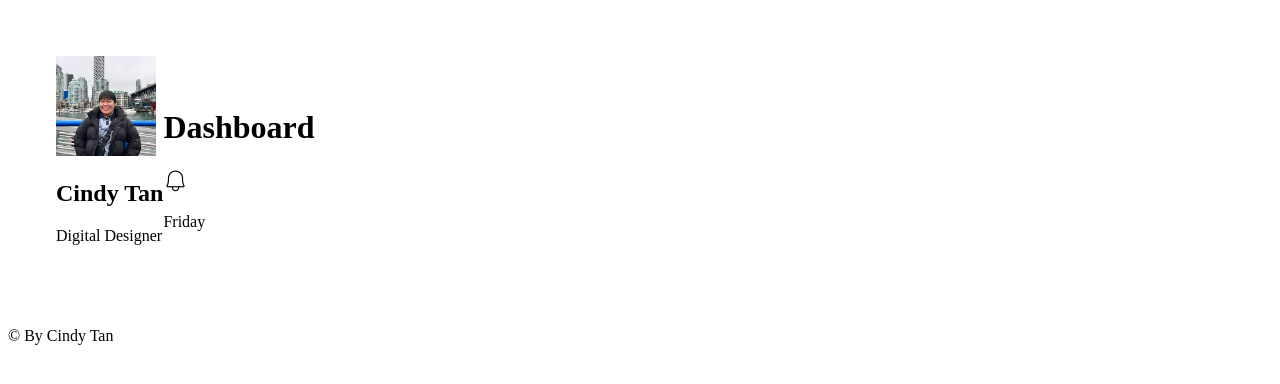
Repository: Cindy-tan/Assessment-_1
Page: /
The author's editor kept a copy of each file at every save. The page is drawn from the files as they stood at one save, then again after the next save.
The browser window is 1280 px wide. The pictures show the whole page.
The project was rebuilt for these pictures with package versions that can differ from the ones it lists, and the page was loaded fresh each time. The framework's server and built-in components were replaced by stand-ins that run in the browser. Also part of the build but not shown: next.config.js, components/Header/Header.module.css, components/Card/Card.module.css, components/Card/index.js, components/Footer/Footer.module.css, components/MenuItem/MenuItem.module.css, components/SideNavigation/SideNavigation.module.css.

Above is the page before, as saved 2024-01-18 23:23:59.

### pages/index.js
import Head from 'next/head'
import styles from '@/styles/Home.module.css'
import Header from '@/components/Header'
import Card from '@/components/Card'
import Footer from '@/components/Footer'
import MenuItem from '@/components/MenuItem'
import SideNavigation from '@/components/SideNavigation'



export default function Home() {

  return (
    <>
      <Head>
        <title>Assessment 1</title>
        <meta name="description" content="Generated by create next app" />
        <meta name="viewport" content="width=device-width, initial-scale=1" />
        <link rel="icon" href="/favicon.ico" />
      </Head>

      <main className={`${styles.main}`}>

        <SideNavigation/>
        <MenuItem/>

        <Header/>










      </main>
      <Footer/>
    </>
  )
}

### styles/globals.css
:root {
  --black: #000;
  --white: #fff;
  --blue: rgba(12, 72, 156, 1.0);

  --large-font: 20px;
  --medium-font: 17px;
  --small-font: 14px;

  --violet-red: rgb(219, 112, 147);
  --amaranth: rgb(159, 43, 104);
  --cerise: rgb(222, 49, 99);
  --steel-blue: rgb(40, 189, 218);
  --teal: rgb(20, 151, 176);
  --yellow: rgb(12, 97, 119);
}

### styles/Home.module.css
.main {
  display: flex;
  flex-direction: row;
  align-items: center;
  padding: 3rem;
  min-height: 20vh;
}

### components/Header/index.js
import styles from "./Header.module.css"
import Image from "next/image"

export default function Header() {
    return (
        <>
            <header>
                <h1>Dashboard</h1>
                <Image src="/images/bell.png" alt="bell" width={25} height={25}/>
                <p>Friday</p>
            </header>
        </>
    )
}

### components/Footer/index.js
import styles from "./Footer.module.css"

export default function Footer() {
    return(
        <>
            <footer className={styles.footer}>
               © By Cindy Tan
            </footer>
        </>
    )
}

### components/MenuItem/index.js
import styles from "./MenuItem.module.css"

export default function MenuItem({
    title = "",
    bgColor,
    textColor,
    tabLeft
})

{
    return (
        <>
            <div className={styles.menuItem} style={{backgroundColor: bgColor, color:textColor}}>
                {title}
            </div>
        </>
    )
}

### components/SideNavigation/index.js
import MenuItem from "../MenuItem"
import styles from "./SideNavigation.module.css"
import Image from "next/image"

export default function SideNavigation() {
    return (
        <>
            <div>
                <Image src="/images/profile.JPG" alt="profile" width={100} height={100}/>
                <h2>Cindy Tan</h2>
                <p>Digital Designer</p>
                <br/>
                <MenuItem/>

            </div>
        </>
    )
}

Loaded but not shown: pages/_app.js (common file); pages/_document.js (common file); components/Footer/Footer.module.css (no copy from this time; the picture is the same without it); components/MenuItem/MenuItem.module.css (no copy from this time; the picture is the same without it)

After the next save:
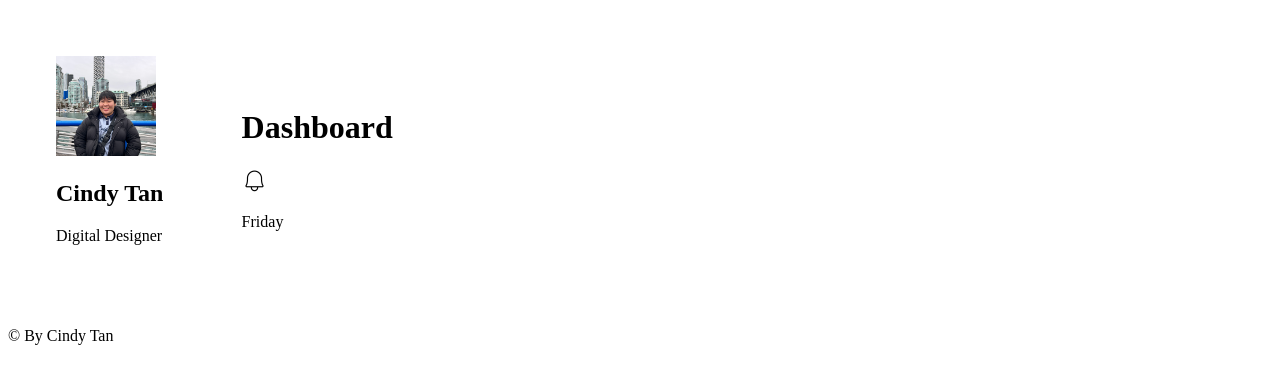
Saved 4 s later.
--- a/pages/index.js
+++ b/pages/index.js
@@ -22,7 +22,7 @@
       <main className={`${styles.main}`}>
 
         <SideNavigation/>
-        <MenuItem/>
+        <MenuItem  title="Experiences" bgcolor={"var(--blue)"} textColor={"var(--white)"}/>
 
         <Header/>
 

After the save that followed:
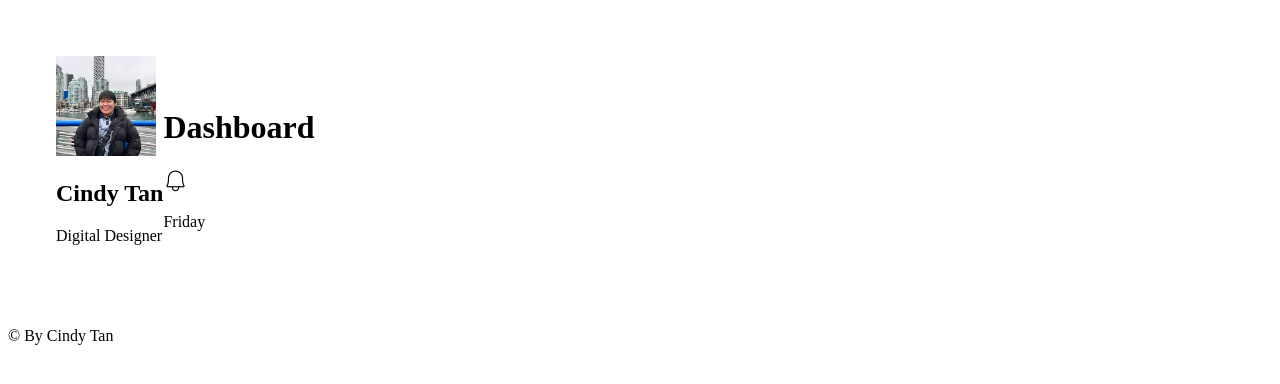
Saved 5 s later.
--- a/pages/index.js
+++ b/pages/index.js
@@ -22,7 +22,7 @@
       <main className={`${styles.main}`}>
 
         <SideNavigation/>
-        <MenuItem  title="Experiences" bgcolor={"var(--blue)"} textColor={"var(--white)"}/>
+        <MenuItem />
 
         <Header/>
 
